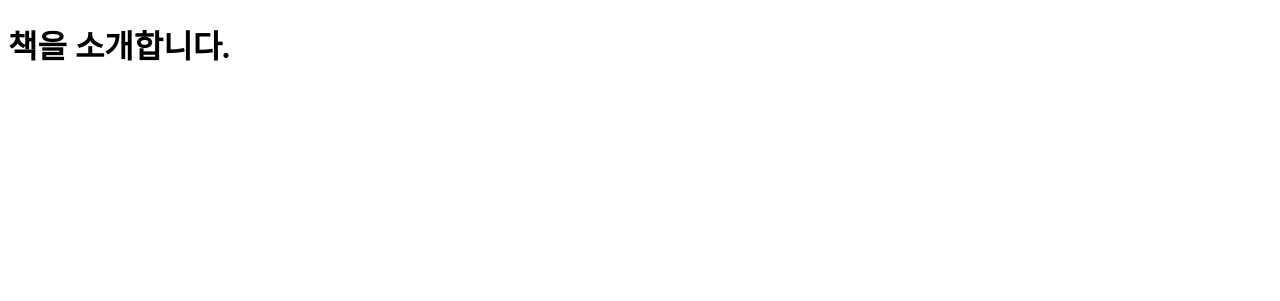
Repository: jigudeong-i/backenddeveloper
Page: firstExample/src/main/webapp/ajaxExample/load_xml.html
An editor plug-in stored every save of this project. The page is shown before and after the next save, followed by the edit.
The browser window is 1280 px wide. The pictures show the whole page.

Above is the page before, as saved 2025-07-21 01:33:27.

After the next save:
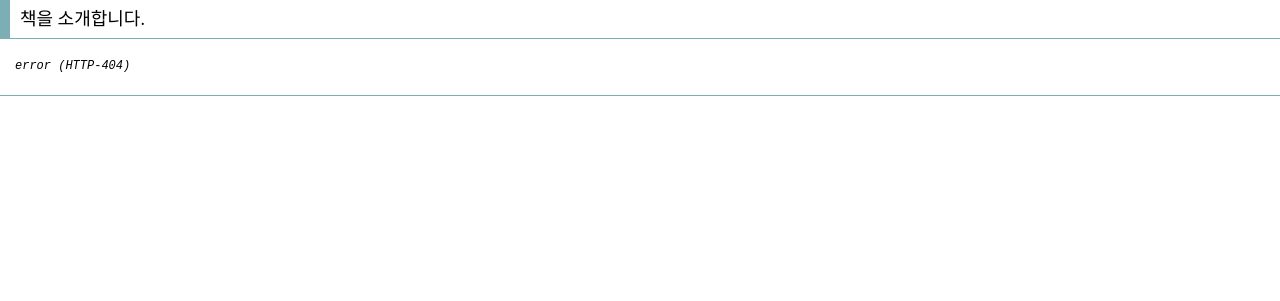
Not found: firstExample/src/main/webapp/firstExample/jajax/xml/book.xml
Saved 39 s later.
--- a/firstExample/src/main/webapp/ajaxExample/load_xml.html
+++ b/firstExample/src/main/webapp/ajaxExample/load_xml.html
@@ -3,7 +3,11 @@
 	<head>
 		<meta charset="UTF-8">
 		<meta name="viewport" content="width=device-width, initial-scale=1">
-		<title>Insert title here</title>
+		<title>book introduce</title>
+		<link href="../image/icon.png" rel="icon" type="image/x-con" />
+
+		<link rel="stylesheet" href="../css/reset.css"/>
+		<link rel="stylesheet" href="../css/common.css"/>
 	</head>
 	<body>
 		<h1 class="title">책을 소개합니다.</h1>
@@ -11,9 +15,28 @@
 		<script src="../js/jquery-3.7.1.min.js"></script>
 		<script>
 			$.ajax({
+				url: '/firstExample/jajax/xml/book.xml',
+				method: 'get',
+				dataType: 'xml'
+			}).done(function(data){
+				$("#result").html("");
+				$(data).find("bookInfo").each(function(){
+					let title= $(this).find("title").text();
+					let price= $(this).find("price").text();
+					let author= $(this).find("author").text();
 
-			})
+					let div= $("<div>");
+					let p1= $("<p>").html(title);
+					let p2= $("<p>").html(price);
+					let p3= $("<p>").html(author);
 
+					div.append(p1).append(p2).append(p3);
+					$("#result").append(div);
+					$("#result").append("<hr />");
+				});
+			}).fail(function(xhr, textStatus){
+				$("#result").html(textStatus + " (HTTP-" + xhr.status + ")");
+			});
 		</script>
 	</body>
 </html>

After the save that followed:
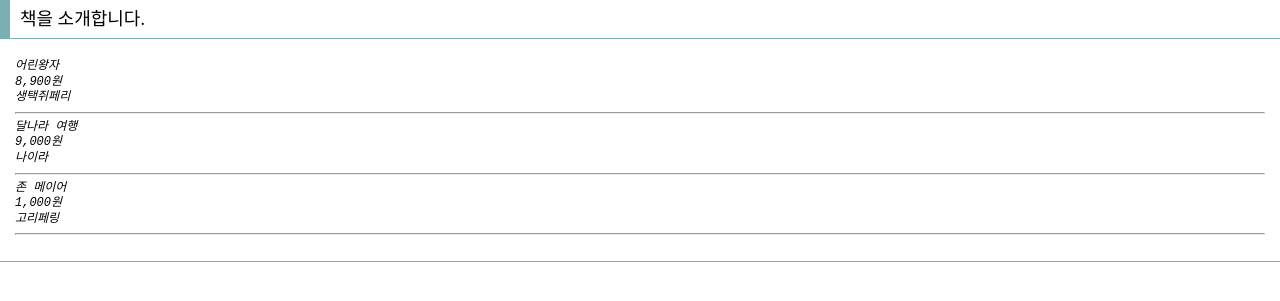
Saved 94 s later.
--- a/firstExample/src/main/webapp/ajaxExample/load_xml.html
+++ b/firstExample/src/main/webapp/ajaxExample/load_xml.html
@@ -15,7 +15,7 @@
 		<script src="../js/jquery-3.7.1.min.js"></script>
 		<script>
 			$.ajax({
-				url: '/firstExample/jajax/xml/book.xml',
+				url: '/firstExample/ajax/xml/book.xml',
 				method: 'get',
 				dataType: 'xml'
 			}).done(function(data){
